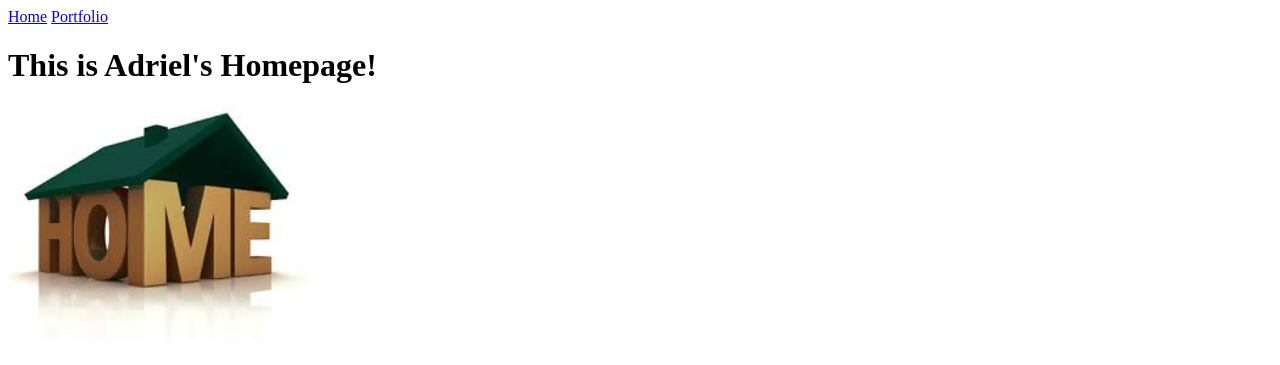
Repository: alopez1919/alopez1919.github.io
Page: my_website/index.html
The author's editor kept a record of every edit. The page is drawn from the files as they stood at one moment, then again after the next edit.
The browser window is 1280 px wide. The pictures show the whole page.

Above is the page before.

After the next edit:
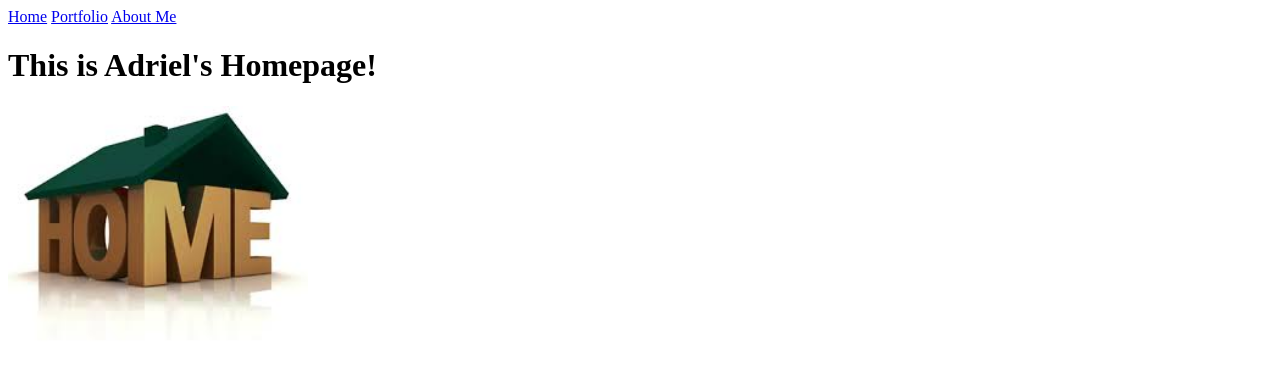
The edit:
--- a/my_website/index.html
+++ b/my_website/index.html
@@ -7,6 +7,7 @@
   <body>
     <a href="index.html">Home</a>
     <a href="portfolio.html">Portfolio</a>
+    <a href="aboutme.html">About Me</a>
     <h1>This is Adriel's Homepage!</h1>
     <img src="images/home.jpg" height="250">
   </body>
